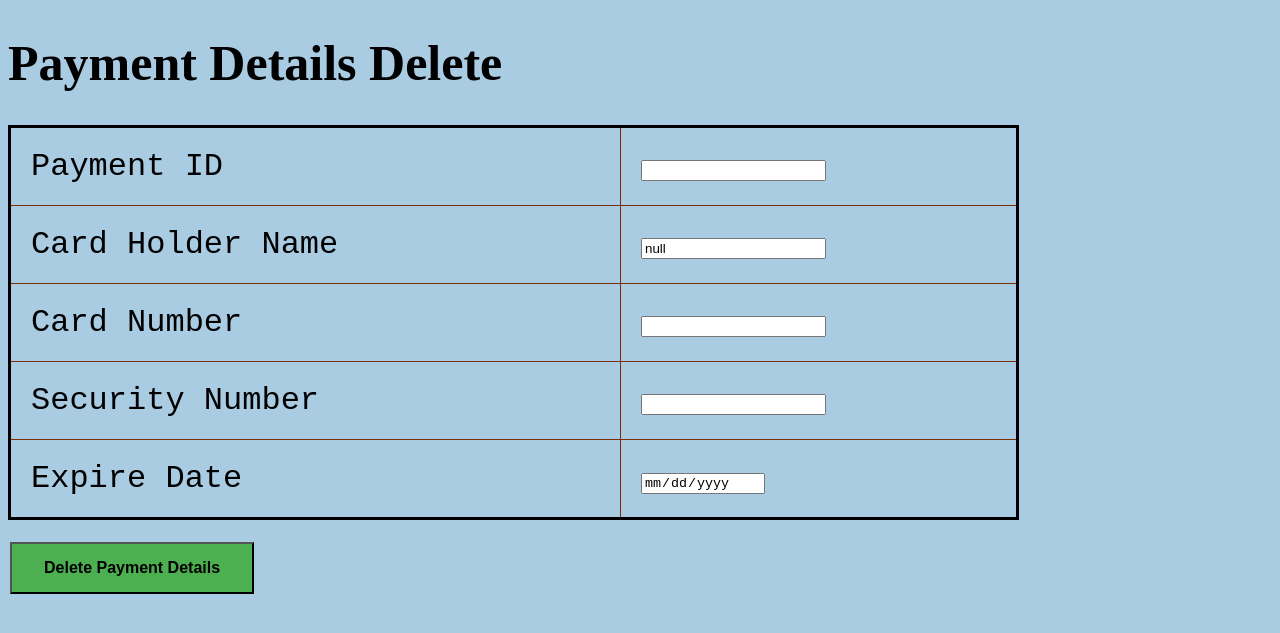
Repository: sandeepa9803/OOP---Online-Travel-web-application
Page: http://localhost/PaymentNew/deletepayment.jsp
An editor plug-in stored every save of this project. The page is shown before and after the next save, followed by the edit.
The browser window is 1280 px wide. The pictures show the whole page.
Some web fonts or font styles are not loaded; a fallback is used. The page is served by Tomcat 9. Other server files are loaded and not shown.

Above is the page before, as saved 2021-10-11 18:11:26.

### PaymentNew/WebContent/deletepayment.jsp
<%@ page language="java" contentType="text/html; charset=ISO-8859-1"
    pageEncoding="ISO-8859-1"%>
<!DOCTYPE html>
<html>
<head>
<link href='https://fonts.googleapis.com/css?family=Quicksand' rel='stylesheet'>




<style>

table, td, th {
  border: 1px solid #802b00;
  text-align: left;
}

table {
  border-collapse: collapse;
  width: 80%;
}

th, td {
  padding: 20px;
}


.button {
  background-color: #4CAF50;
  border: 1;
  color: black;
  padding: 15px 32px;
  text-align: center;
  text-decoration: none;
   font-weight: bold;
  display: inline-block;
  font-size: 16px;
  margin: 4px 2px;
  cursor: pointer;
}
body {
background-color:#A9CCE3  }

table{
   border:solid black ;
   font-family:"Courier New", Courier, monospace;
    font-size:200%;

}
h1{font-family: 'Quicksand';font-size: 50px;
}



</style>














<meta charset="ISO-8859-1">
<title>Insert title here</title>
</head>
<body>

    <%
      String PaymentID=request.getParameter("PaymentID");
      String CardHoldersName=request.getParameter("CardHoldersName");
      String CardNumber=request.getParameter("CardNumber");
      String SecurityCode = request.getParameter("SecurityCode");
      String ExpireDate=request.getParameter("ExpireDate");
   %>

      <h1>Payment Details Delete </h1>

    <form action="delete" method ="post" >

    <table>

    <tr>
   <td>Payment ID </td>
   <td><input type ="number" name="paymentid" value="<%=PaymentID%>" readonly></td>
    </tr>

    <tr>
    <td> Card Holder Name </td>
     <td><input type ="text" name="cardholder" value="<%=CardHoldersName%>" readonly></td>
     </tr>

     <tr>
     <td>Card Number </td>
     <td><input type ="number" name="cardnum" value="<%=CardNumber%>" readonly></td>
     </tr>

     <tr>
     <td> Security Number </td>
     <td> <input type ="number" name="cvcnum" value="<%=SecurityCode%>" readonly> </td>
     </tr>

     <tr>
     <td> Expire Date </td>
     <td> <input type ="date" name="date" value="<%=ExpireDate%>" readonly></td>
     </tr>
     </table>
     <br>

    <input type ="submit" name="submit" value="Delete Payment Details" class="button">
    </form>






</body>
</html>

After the next save:
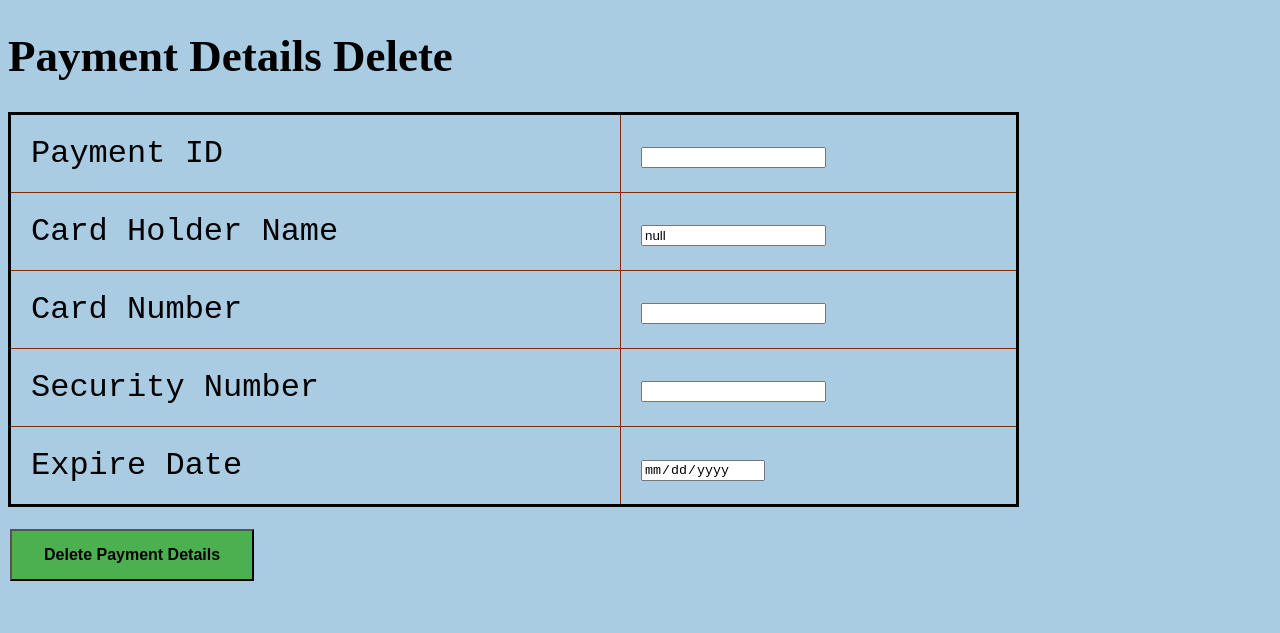
Saved 28 s later.
--- a/PaymentNew/WebContent/deletepayment.jsp
+++ b/PaymentNew/WebContent/deletepayment.jsp
@@ -47,7 +47,7 @@ table{
     font-size:200%;
 
 }
-h1{font-family: 'Quicksand';font-size: 50px;
+h1{font-family: 'Quicksand';font-size: 45px;
 }
 
 
